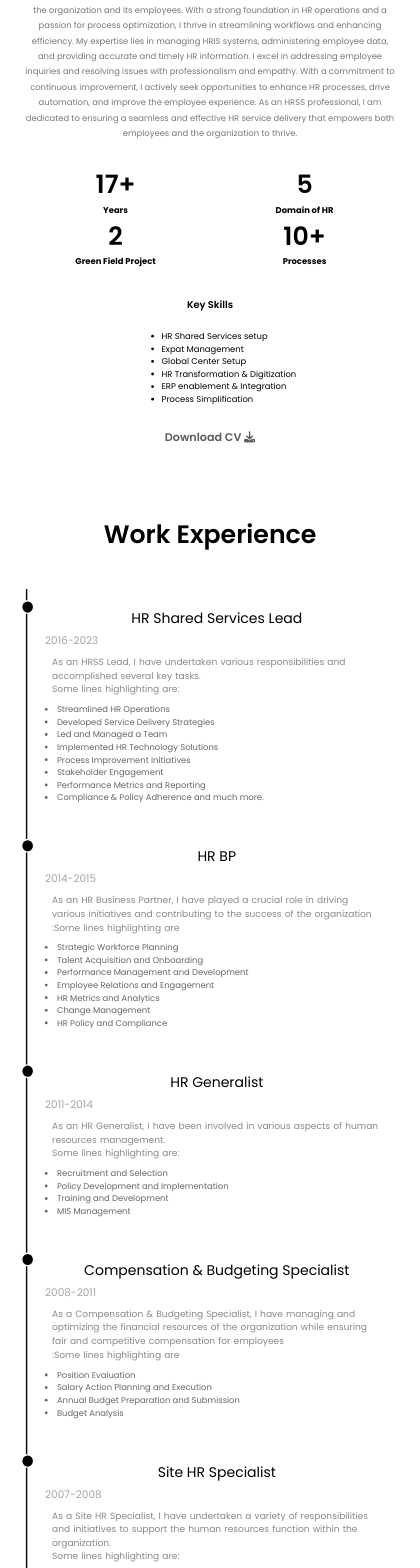
Repository: xoshiraghavx/Niharika-portfolio
Page: index.html
An editor plug-in stored every save of this project. The page is shown before and after the next save, followed by the edit.
The browser window is 600 px wide. The pictures show the part of the page from y = 975 to 3215 px (the page is 4652 px tall before and 4579 px after), at 70% of full size.
Some web libraries are served in a nearby version.

Above is the page before, as saved 2023-06-16 12:56:38.

After the next save:
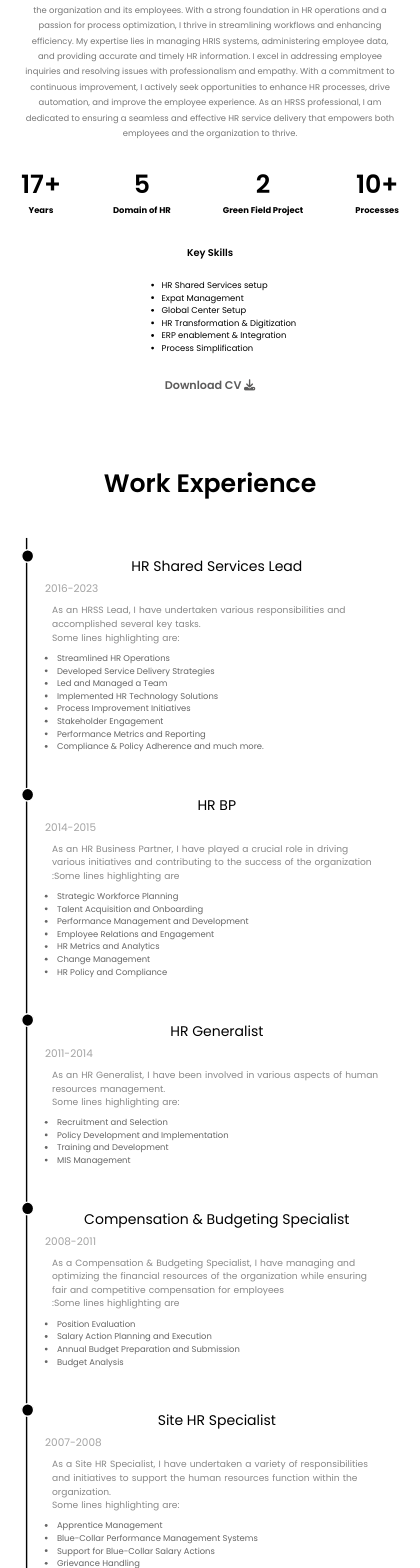
Saved 4 s later.
--- a/css/index.css
+++ b/css/index.css
@@ -360,9 +360,7 @@
     .about-us{
         width: 90%;
     }
-    /* .about-col h1{
-        font-size: 3em;
-    } */
+ */
     .bar{
         display: grid;
         grid-template-columns: 1fr 1fr;

After the save that followed:
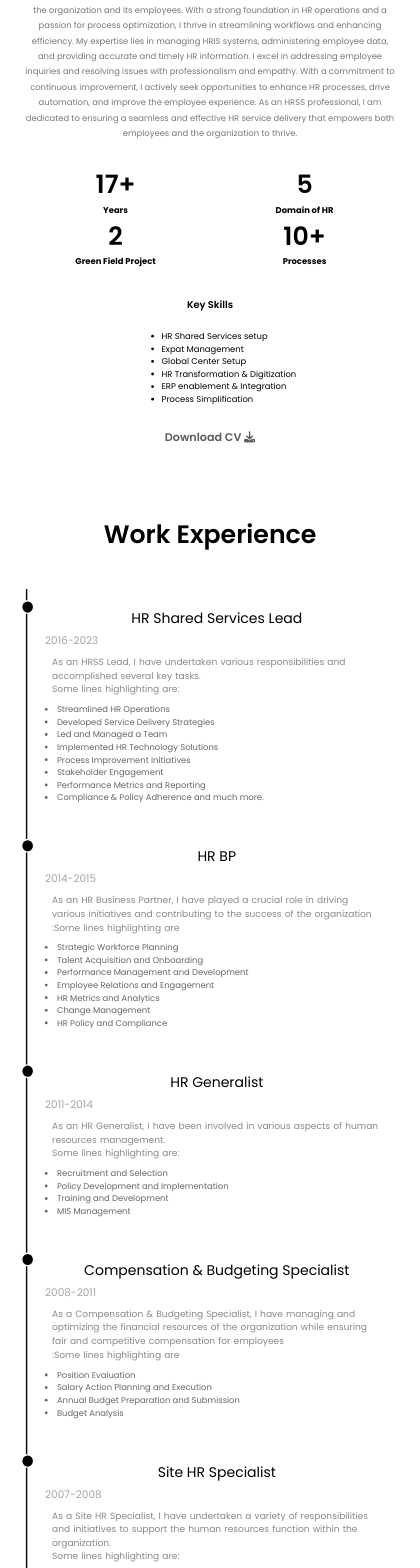
Saved 4 s later.
--- a/css/index.css
+++ b/css/index.css
@@ -360,7 +360,6 @@
     .about-us{
         width: 90%;
     }
- */
     .bar{
         display: grid;
         grid-template-columns: 1fr 1fr;
